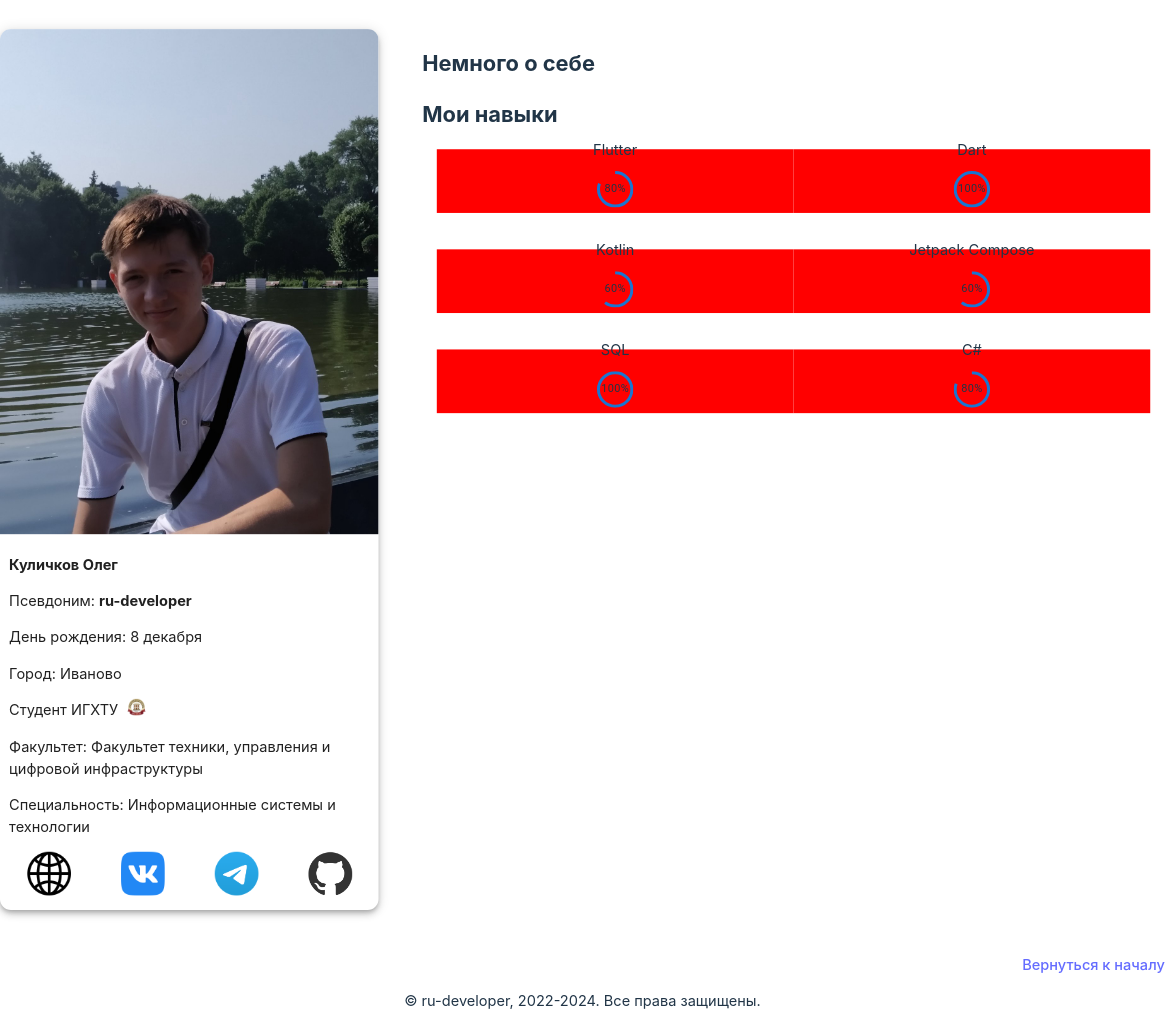
Repository: HubOl01/my_profile
Page: /
These files come from the project's save history. The page is drawn as it stood at one moment and after the next save; the edit follows.
The browser window is 1280 px wide. The pictures show the whole page, at 91% of full size.
The project was rebuilt for these pictures with package versions that can differ from the ones it lists, and the page was loaded fresh each time. Also part of the build but not shown: vite.config.ts, src/components/header/Header.module.scss, src/data/websites.ts.

Above is the page before, as saved 2024-03-09 10:54:49.

After the next save:
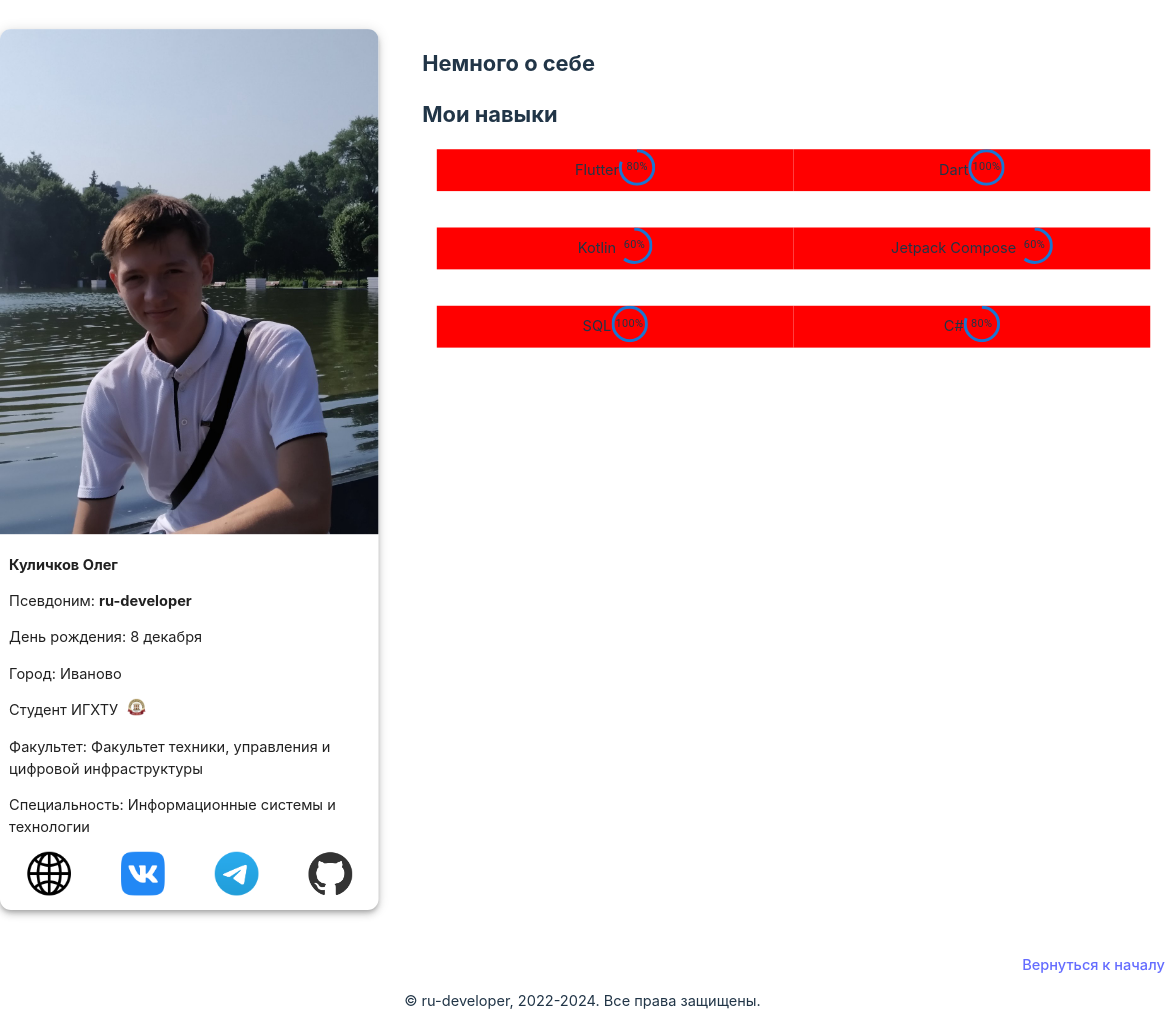
Saved 5 s later.
--- a/src/components/center/Common.tsx
+++ b/src/components/center/Common.tsx
@@ -24,7 +24,7 @@ export default function Common() {
                 background: "red",
               }}
               ><div style={{
-                display: "inli",
+                display: "inline-block",
                 "textAlign": "center",
                 transform: "translateY(-50%)",
               }}>
